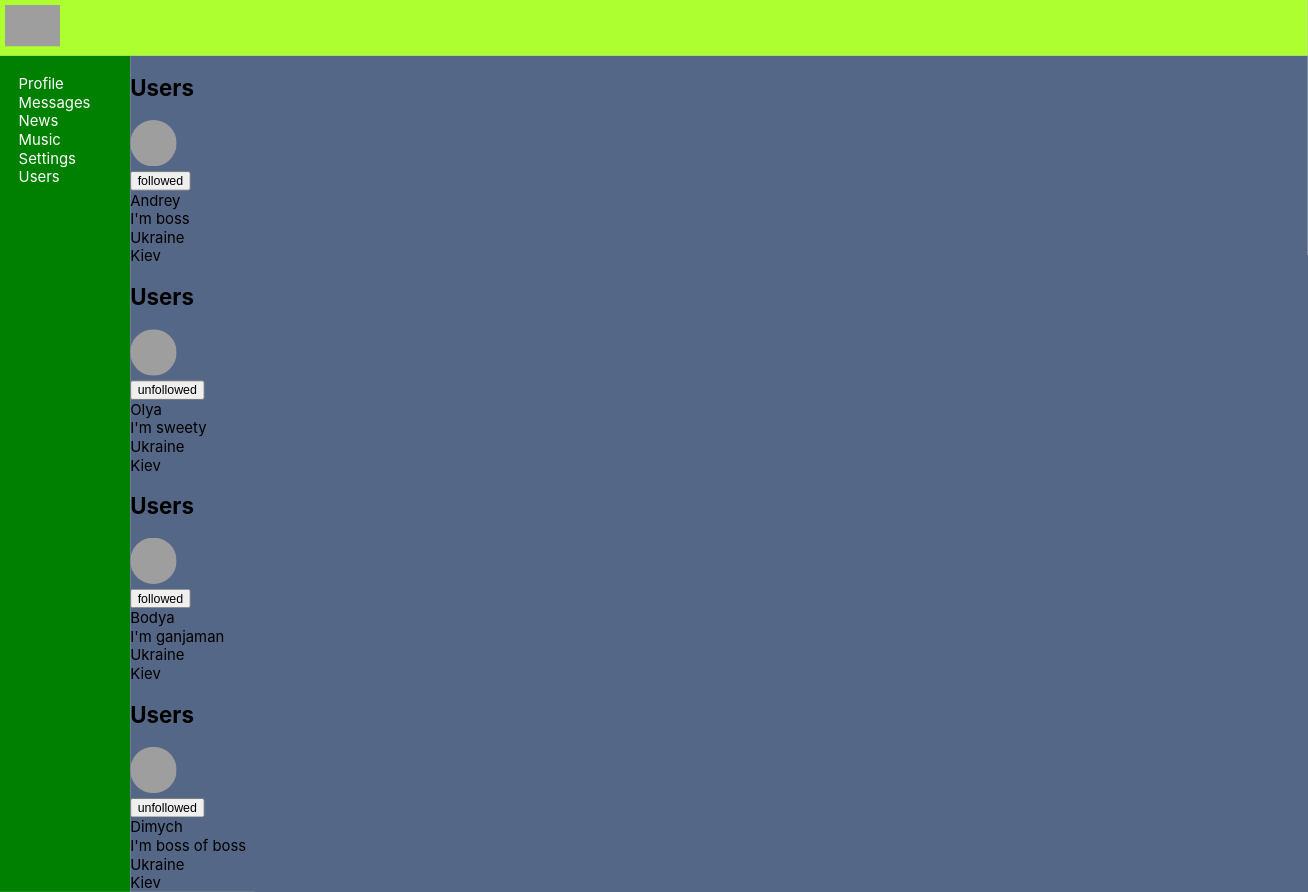
Repository: AndreyMykulych/FirstProject
Page: /users
These files come from the project's save history. The page is drawn as it stood at one moment and after the next save; the edit follows.
The browser window is 1280 px wide. The page is 1406 px wide, so the pictures cover 1406 px, including what lies to the right of the window. The pictures show the whole page, at 93% of full size.
Pictures or frames that could not be fetched are drawn as grey boxes. The project was rebuilt for these pictures with package versions that can differ from the ones it lists, and the page was loaded fresh each time. Also part of the build but not shown: src/components/Profile/MyPosts/MyPosts.module.css, src/components/Profile/MyPosts/Post/Post.module.css, src/components/Profile/MyPosts/Post/Post.jsx, src/components/Profile/MyPosts/MyPosts.jsx, src/components/Profile/MyPosts/MyPostsContainer.jsx, src/components/Profile/ProfileInfo/ProfileInfo.module.css, src/components/Profile/ProfileInfo/ProfileInfo.jsx, src/components/Profile/Profile.jsx and 4 more.

Above is the page before, as saved 2022-06-27 21:22:08.

After the next save:
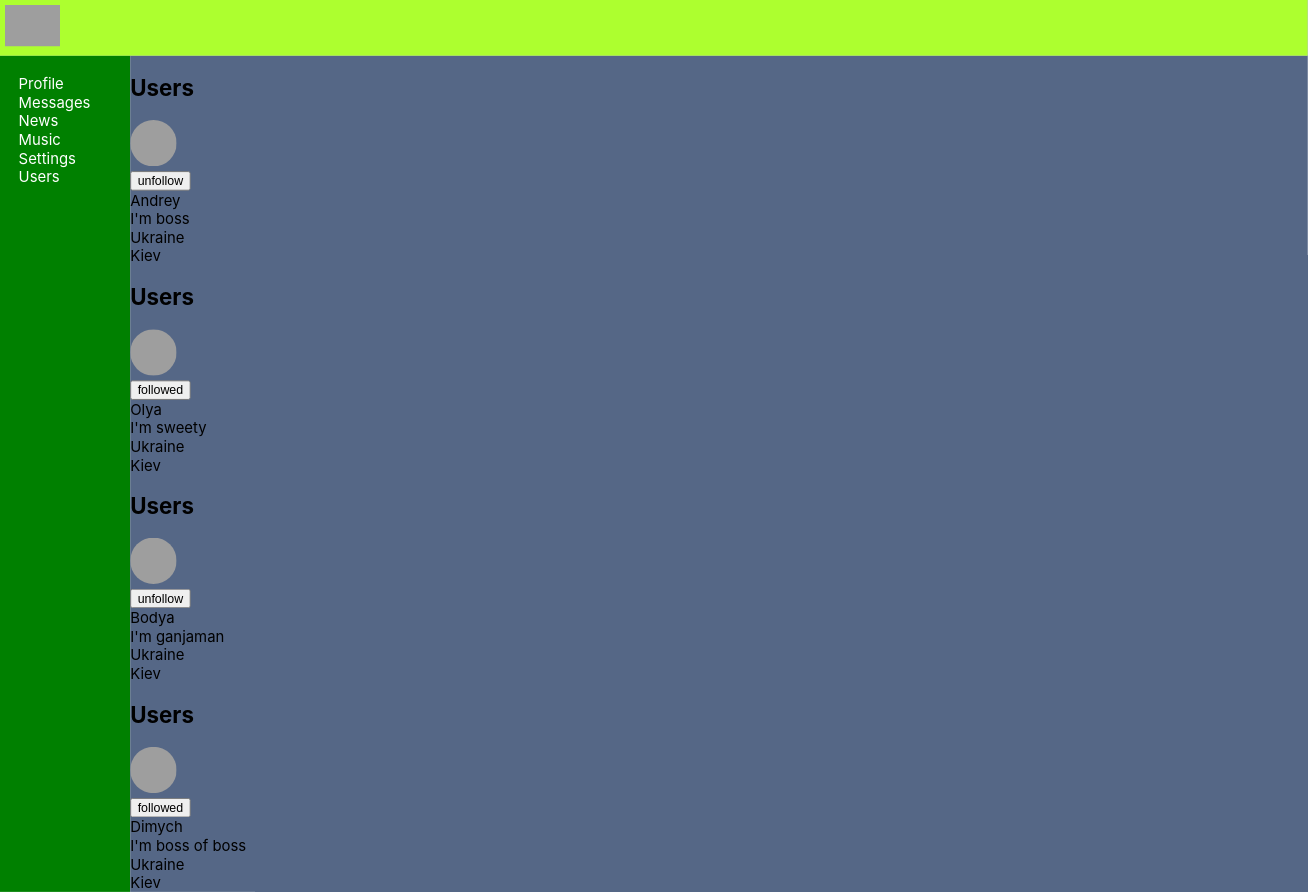
Saved 2 min 38 s later.
--- a/src/components/Users/Users.js
+++ b/src/components/Users/Users.js
@@ -14,8 +14,9 @@
                 <div className={s.usersPhoto}>
                     <img src={u.photoUrl} />
             </div>
-                <div> {u.followed ? <button onClick={() => { props.follow(u.id) }}>followed</button> :
-                        <button onClick={() => { props.unfollow(u.id) }} >unfollowed</button>}
+                <div> {u.followed
+                    ? <button onClick={() => { props.unfollow(u.id) }}>unfollow</button>
+                    : <button onClick={() => { props.follow(u.id) }} >followed</button>}
 
                 </div>
             </span>

After the save that followed:
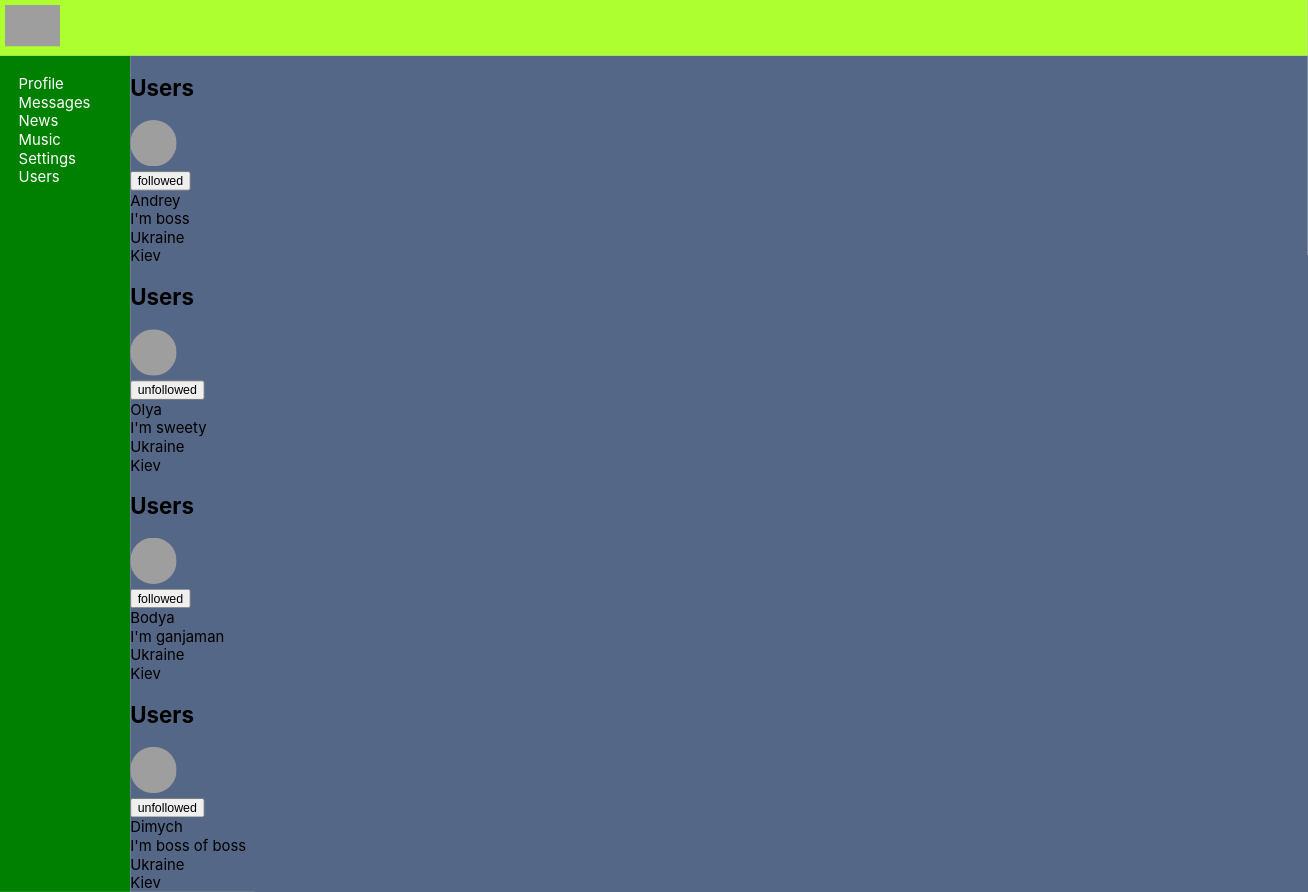
Saved 2 min 28 s later.
--- a/src/components/Users/Users.js
+++ b/src/components/Users/Users.js
@@ -15,8 +15,8 @@
                     <img src={u.photoUrl} />
             </div>
                 <div> {u.followed
-                    ? <button onClick={() => { props.unfollow(u.id) }}>unfollow</button>
-                    : <button onClick={() => { props.follow(u.id) }} >followed</button>}
+                    ? <button onClick={() => { props.follow(u.id) }}>followed</button>
+                    : <button onClick={() => { props.unfollow(u.id) }} >unfollowed</button>}
 
                 </div>
             </span>
